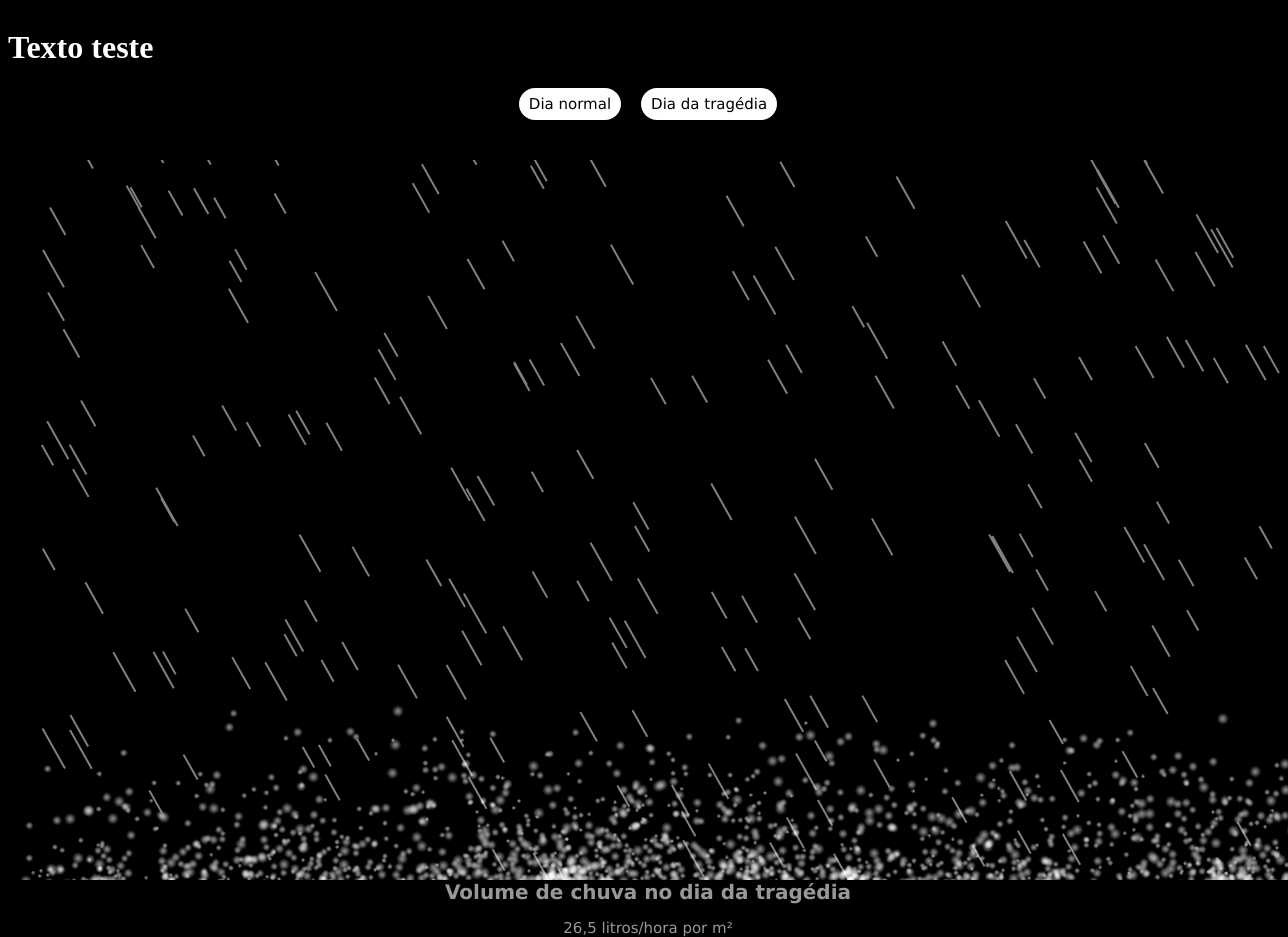
Repository: lucasthaynan/chuvas-estadao
Page: index.html
An editor plug-in stored every save of this project. The page is shown before and after the next save, followed by the edit.
The browser window is 1280 px wide. The page is 1288 px wide, so the pictures cover 1288 px, including what lies to the right of the window. The pictures show the whole page.

Above is the page before, as saved 2023-02-24 10:46:07.
Console error: ReferenceError: dat is not defined

### index.html
<!DOCTYPE html>
<html lang="en">
<head>
    <meta charset="UTF-8">
    <meta http-equiv="X-UA-Compatible" content="IE=edge">
    <meta name="viewport" content="width=device-width, initial-scale=1.0">
    <link rel="stylesheet" href="./style.css">
    <title>Document</title>
</head>
<body>

    <div id="instructions"></div>
        <div>
            <h1>Texto teste</h1>
            <div class="btns">
                <div class="btn-nornal">
                    <p>Dia normal</p>
                </div>
                <div class="btn-tragedia">
                    <p>Dia da tragédia</p>
                </div>
            </div>
        </div>
        <canvas id="canvas">Canvas is not supported in your browser

        </canvas>

    <div class="text">
        <p>Volume de chuva no dia da tragédia</p>
        <p class="desc">26,5 litros/hora por m²</p>
    </div>


    <script src="./main.js"></script>
</body>
</html>

### style.css
html, body, #instructions {
	position: absolute;
	width: 100%;
	height: 100%;
}

body {
    background: -moz-linear-gradient(top,  rgb(0, 0, 0) 0%, rgb(0, 0, 0) 100%); /* FF3.6-15 */
    background: linear-gradient(to bottom,  rgb(0, 0, 0) 0%,rgba(0, 0, 0, 0.93) 100%);
    background: -webkit-linear-gradient(top,  rgb(0, 0, 0) 0%,rgb(0, 0, 0) 100%); /* Chrome10-25,Safari5.1-6 */
    /* background: linear-gradient(to bottom,  rgba(8,13,40,1) 0%,rgba(38,19,0,1) 100%); W3C, IE10+, FF16+, Chrome26+, Opera12+, Safari7+ */

    display: flex;
    flex-direction: column;

}

#instructions {
	opacity: 1;
	transition: opacity 2s;
	background-repeat: no-repeat;
	background-position: center center;
	background-size: contain;
	/* background-image: url(data:[embedded picture, 1818 characters]);
	 */

    width: 710px;
    height: 500px;

	@media (max-height: 400px) {
		display: none;
	}


}


.text {
    display: flex;
    justify-content: center;
    width: 100vw;
    height: 100%;
    /* align-content: center; */
    align-items: center;
    flex-direction: column;
    flex-wrap: nowrap;
    gap: 15px;
}

p {
    margin: 0;
    font-weight: 800;
    color: #989898;
    font-size: 20px;
    font-family:'Lucida Sans', 'Lucida Sans Regular', 'Lucida Grande', 'Lucida Sans Unicode', Geneva, Verdana, sans-serif;
}

p.desc {
    font-size: 15px;
    font-weight: 500;
}

div.btns {
    display: flex;
    flex-direction: row;
    align-items: center;
    justify-content: center;
    gap: 20px;
    padding-bottom: 40px;
}

div.btns > div {
    background-color: #ffffff;
    padding: 7px 10px;
    border-radius: 999px;
}

div.btns > div p {
    font-size: 15px;
    font-weight: 400;
    color: #000000;
}

h1 {
    color: #ffffff;
}

### main.js
// Falling rain simulation using 2D canvas
// - vanilla JS, no frameworks
// - framerate independent physics
// - slow-mo / fast-forward support via demo.speed
// - supports high-DPI screens
// - falling rain particles are drawn as vector lines
// - splash particles are lazily pre-rendered so gradients aren't computed each frame
// - all particles make use of object pooling to further boost performance

// initialize
document.addEventListener("DOMContentLoaded", function() {
	demo.init();
	window.addEventListener('resize', demo.resize);
});

// demo namespace
var demo = {
	// CUSTOMIZABLE PROPERTIES
	// - physics speed multiplier: allows slowing down or speeding up simulation
	speed: 1,
	// - color of particles
	color: {
		r: '255',
		g: '255',
		b: '255',
		a: '0.5'
	},

	// END CUSTOMIZATION
	// whether demo is running
	started: false,
	// canvas and associated context references
	canvas: null,
	ctx: null,
	// viewport dimensions (DIPs)
	width: 0,
	height: 0,
	// devicePixelRatio alias (should only be used for rendering, physics shouldn't care)
	dpr: window.devicePixelRatio || 1,
	// time since last drop
	drop_time: 0,
	// ideal time between drops (changed with mouse/finger)
    drop_delay: 2.5,
	// drop_delay: 156,
	// wind applied to rain (changed with mouse/finger)
    wind: 15,
	// wind: 5,
	// color of rain (set in init)
	rain_color: null,
	rain_color_clear: null,
	// rain particles
	rain: [],
	rain_pool: [],
	// rain droplet (splash) particles
	drops: [],
	drop_pool: []
};

// demo initialization (should only run once)
demo.init = function() {
	if (!demo.started) {
		demo.started = true;
		demo.canvas = document.getElementById('canvas');
		demo.ctx = demo.canvas.getContext('2d');
		var c = demo.color;
		demo.rain_color = 'rgba(' + c.r + ',' + c.g + ',' + c.b + ',' + c.a + ')';
		demo.rain_color_clear = 'rgba(' + c.r + ',' + c.g + ',' + c.b + ',0)';
		demo.resize();
		Ticker.addListener(demo.step);

		//
		const gui = new dat.GUI();
		gui.add(demo, 'speed', 0.2, 2);

		// fade out instructions after a few seconds
		var instructions = document.getElementById('instructions');
		setTimeout(function() {
			instructions.style.opacity = 0;
			setTimeout(function(){
				instructions.parentNode.removeChild(instructions);
			}, 2000);
		}, 4000);
	}
}

// (re)size canvas (clears all particles)
demo.resize = function() {
	// localize common references
	var rain = demo.rain;
	var drops = demo.drops;
	// recycle particles
	for (var i = rain.length - 1; i >= 0; i--) {
			rain.pop().recycle();
	}
	for (var i = drops.length - 1; i >= 0; i--) {
			drops.pop().recycle();
	}
	// resize
	demo.width = window.innerWidth;
	demo.height = window.innerHeight;
	demo.canvas.width = demo.width * demo.dpr;
	demo.canvas.height = demo.height * demo.dpr;
}

demo.step = function(time, lag) {
	// localize common references
	var demo = window.demo;
	var speed = demo.speed;
	var width = demo.width;
	var height = demo.height;
	var wind = demo.wind;
	var rain = demo.rain;
	var rain_pool = demo.rain_pool;
	var drops = demo.drops;
	var drop_pool = demo.drop_pool;

	// multiplier for physics
	var multiplier = speed * lag;

	// spawn drops
	demo.drop_time += time * speed;
	while (demo.drop_time > demo.drop_delay) {
		demo.drop_time -= demo.drop_delay;
		var new_rain = rain_pool.pop() || new Rain();
		new_rain.init();
		var wind_expand = Math.abs(height / new_rain.speed * wind); // expand spawn width as wind increases
		var spawn_x = Math.random() * (width + wind_expand);
		if (wind > 0) spawn_x -= wind_expand;
		new_rain.x = spawn_x;
		rain.push(new_rain);
	}

	// rain physics
	for (var i = rain.length - 1; i >= 0; i--) {
		var r = rain[i];
		r.y += r.speed * r.z * multiplier;
		r.x += r.z * wind * multiplier;
		// remove rain when out of view
		if (r.y > height) {
			// if rain reached bottom of view, show a splash
			r.splash();
		}
		// recycle rain
		if (r.y > height + Rain.height * r.z || (wind < 0 && r.x < wind) || (wind > 0 && r.x > width + wind)) {
			r.recycle();
			rain.splice(i, 1);
		}
	}

	// splash drop physics
	var drop_max_speed = Drop.max_speed;
	for (var i = drops.length - 1; i >= 0; i--) {
		var d = drops[i];
		d.x += d.speed_x * multiplier;
		d.y += d.speed_y * multiplier;
		// apply gravity - magic number 0.3 represents a faked gravity constant
		d.speed_y += 0.3 * multiplier;
		// apply wind (but scale back the force)
		d.speed_x += wind / 25 * multiplier;
		if (d.speed_x < -drop_max_speed) {
			d.speed_x = -drop_max_speed;
		}else if (d.speed_x > drop_max_speed) {
			d.speed_x = drop_max_speed;
		}
		// recycle
		if (d.y > height + d.radius) {
			d.recycle();
			drops.splice(i, 1);
		}
	}

	demo.draw();
}

demo.draw = function() {
	// localize common references
	var demo = window.demo;
	var width = demo.width;
	var height = demo.height;
	var dpr = demo.dpr;
	var rain = demo.rain;
	var drops = demo.drops;
	var ctx = demo.ctx;

	// start fresh
	ctx.clearRect(0, 0, width*dpr, height*dpr);

	// draw rain (trace all paths first, then stroke once)
	ctx.beginPath();
	var rain_height = Rain.height * dpr;
	for (var i = rain.length - 1; i >= 0; i--) {
		var r = rain[i];
		var real_x = r.x * dpr;
		var real_y = r.y * dpr;
		ctx.moveTo(real_x, real_y);
		// magic number 1.5 compensates for lack of trig in drawing angled rain
		ctx.lineTo(real_x - demo.wind * r.z * dpr * 1.5, real_y - rain_height * r.z);
	}
	ctx.lineWidth = Rain.width * dpr;
	ctx.strokeStyle = demo.rain_color;
	ctx.stroke();

	// draw splash drops (just copy pre-rendered canvas)
	for (var i = drops.length - 1; i >= 0; i--) {
		var d = drops[i];
		var real_x = d.x * dpr - d.radius;
		var real_y = d.y * dpr - d.radius;
		ctx.drawImage(d.canvas, real_x, real_y);
	}
}


// Rain definition
function Rain() {
	this.x = 0;
	this.y = 0;
	this.z = 0;
	this.speed = 25;
	this.splashed = false;
}
Rain.width = 2;

// TAMANHO DAS GOSTAS DE CHUVA - 40 = PADRAO
Rain.height = 40;
Rain.prototype.init = function() {
	this.y = Math.random() * -100;

    // VELOCIDADE DE QUEDA DA CHUVA - 0.5 + 0.5 = PADRAO
	this.z = Math.random() * 0.5 + 0.5;
	this.splashed = false;
}
Rain.prototype.recycle = function() {
	demo.rain_pool.push(this);
}
// recycle rain particle and create a burst of droplets
Rain.prototype.splash = function() {
	if (!this.splashed) {
		this.splashed = true;
		var drops = demo.drops;
		var drop_pool = demo.drop_pool;

		for (var i=0; i<16; i++) {
			var drop = drop_pool.pop() || new Drop();
			drops.push(drop);
			drop.init(this.x);
		}
	}
}


// Droplet definition
function Drop() {
	this.x = 0;
	this.y = 0;
	this.radius = Math.round(Math.random() * 4 + 2) * demo.dpr;
	this.speed_x = 0;
	this.speed_y = 0;
	this.canvas = document.createElement('canvas');
	this.ctx = this.canvas.getContext('2d');

	// render once and cache
	var diameter = this.radius * 2;
	this.canvas.width = diameter;
	this.canvas.height = diameter;

	var grd = this.ctx.createRadialGradient(this.radius, this.radius , 1, this.radius, this.radius, this.radius);
	grd.addColorStop(0, demo.rain_color);
	grd.addColorStop(1, demo.rain_color_clear);
	this.ctx.fillStyle = grd;
	this.ctx.fillRect(0, 0, diameter, diameter);
}

// DISPERCAO DOS PINGOS NO CHAO
Drop.max_speed = 10;

Drop.prototype.init = function(x) {
	this.x = x;
	this.y = demo.height;
	var angle = Math.random() * Math.PI - (Math.PI * 0.5);
	var speed = Math.random() * Drop.max_speed;
	this.speed_x = Math.sin(angle) * speed;
	this.speed_y = -Math.cos(angle) * speed;
}
Drop.prototype.recycle = function() {
	demo.drop_pool.push(this);
}




// handle interaction
demo.mouseHandler = function(evt) {
	demo.updateCursor(evt.clientX, evt.clientY);
}
demo.touchHandler = function(evt) {
	evt.preventDefault();
	var touch = evt.touches[0];
	demo.updateCursor(touch.clientX, touch.clientY);
}
demo.updateCursor = function(x, y) {
	x /= demo.width;
	y /= demo.height;
	var y_inverse = (1 - y);

	demo.drop_delay = y_inverse*y_inverse*y_inverse * 100 + 2;
	demo.wind = (x - 0.5) * 50;
}

// document.addEventListener('mousemove', demo.mouseHandler);
// document.addEventListener('touchstart', demo.touchHandler);
// document.addEventListener('touchmove', demo.touchHandler);



// Frame ticker helper module
var Ticker = (function(){
	var PUBLIC_API = {};

	// public
	// will call function reference repeatedly once registered, passing elapsed time and a lag multiplier as parameters
	PUBLIC_API.addListener = function addListener(fn) {
		if (typeof fn !== 'function') throw('Ticker.addListener() requires a function reference passed in.');

		listeners.push(fn);

		// start frame-loop lazily
		if (!started) {
			started = true;
			queueFrame();
		}
	};

	// private
	var started = false;
	var last_timestamp = 0;
	var listeners = [];
	// queue up a new frame (calls frameHandler)
	function queueFrame() {
		if (window.requestAnimationFrame) {
			requestAnimationFrame(frameHandler);
		} else {
			webkitRequestAnimationFrame(frameHandler);
		}
	}
	function frameHandler(timestamp) {
		var frame_time = timestamp - last_timestamp;
		last_timestamp = timestamp;
		// make sure negative time isn't reported (first frame can be whacky)
		if (frame_time < 0) {
			frame_time = 17;
		}
		// - cap minimum framerate to 15fps[~68ms] (assuming 60fps[~17ms] as 'normal')
		else if (frame_time > 68) {
			frame_time = 68;
		}

		// fire custom listeners
		for (var i = 0, len = listeners.length; i < len; i++) {
			listeners[i].call(window, frame_time, frame_time / 16.67);
		}

		// always queue another frame
		queueFrame();
	}

	return PUBLIC_API;
}());

After the next save:
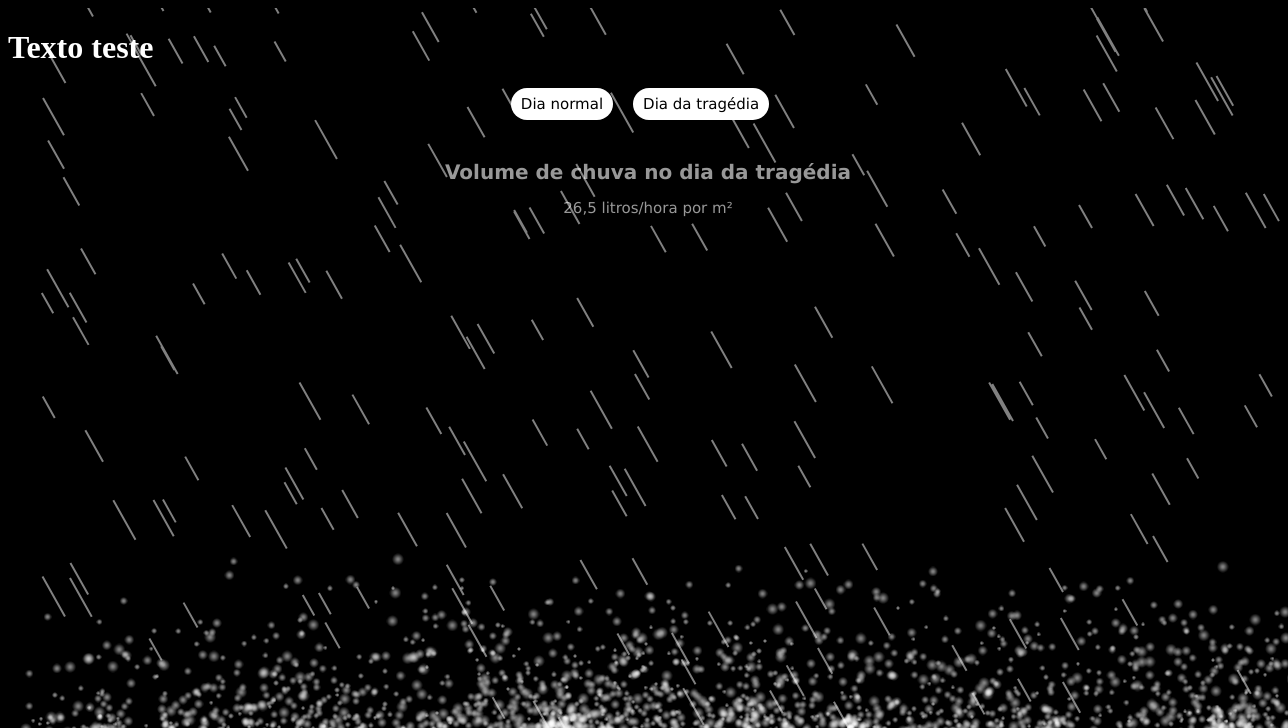
Saved 9 s later.
--- a/style.css
+++ b/style.css
@@ -1,4 +1,4 @@
-html, body, #instructions {
+html, canvas, #instructions {
 	position: absolute;
 	width: 100%;
 	height: 100%;
